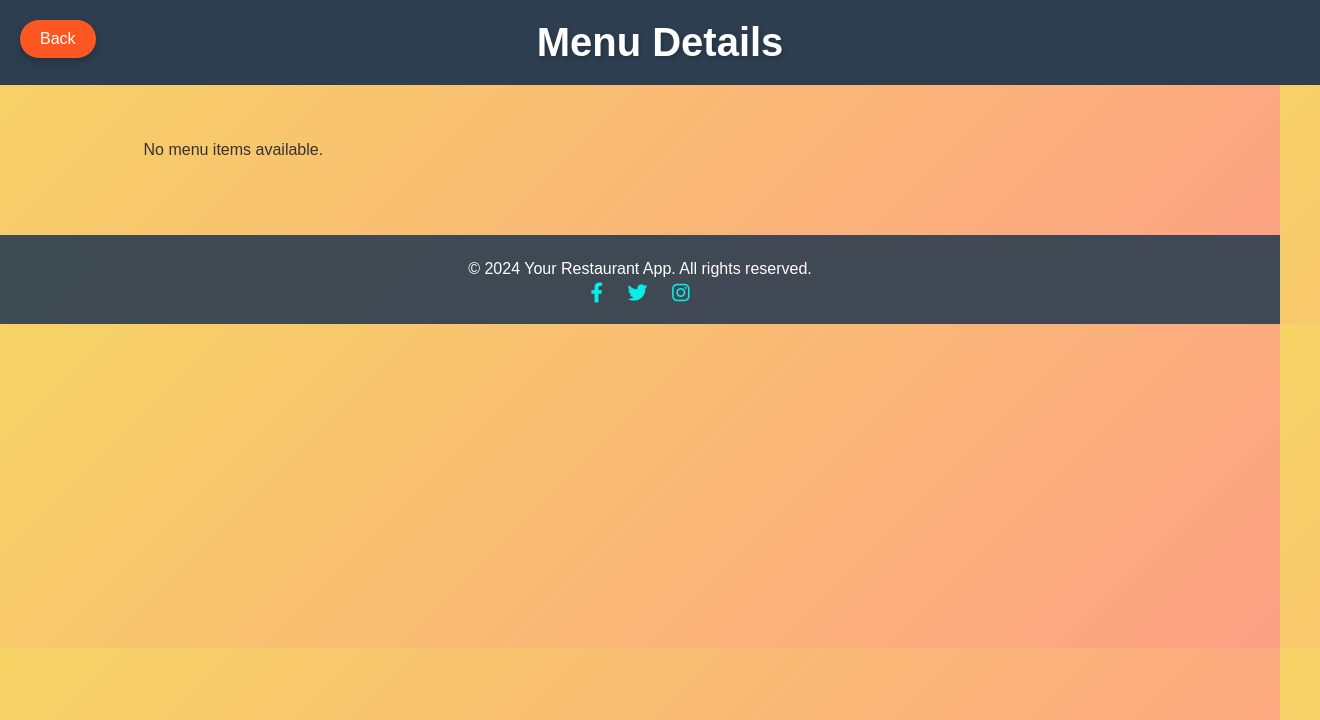
Repository: Masood395/Food-App
Page: http://localhost/FoodApp/getMenu.jsp
These files come from the project's save history. The page is drawn as it stood at one moment and after the next save; the edit follows.
The browser window is 1280 px wide. The page is 1320 px wide, then 1280 px, then 1320 px, so the pictures cover 1320 px, including what lies to the right of the window. The pictures show the whole page.
The page is served by Tomcat 9.

Above is the page before, as saved 2024-11-12 19:28:21.

After the next save:
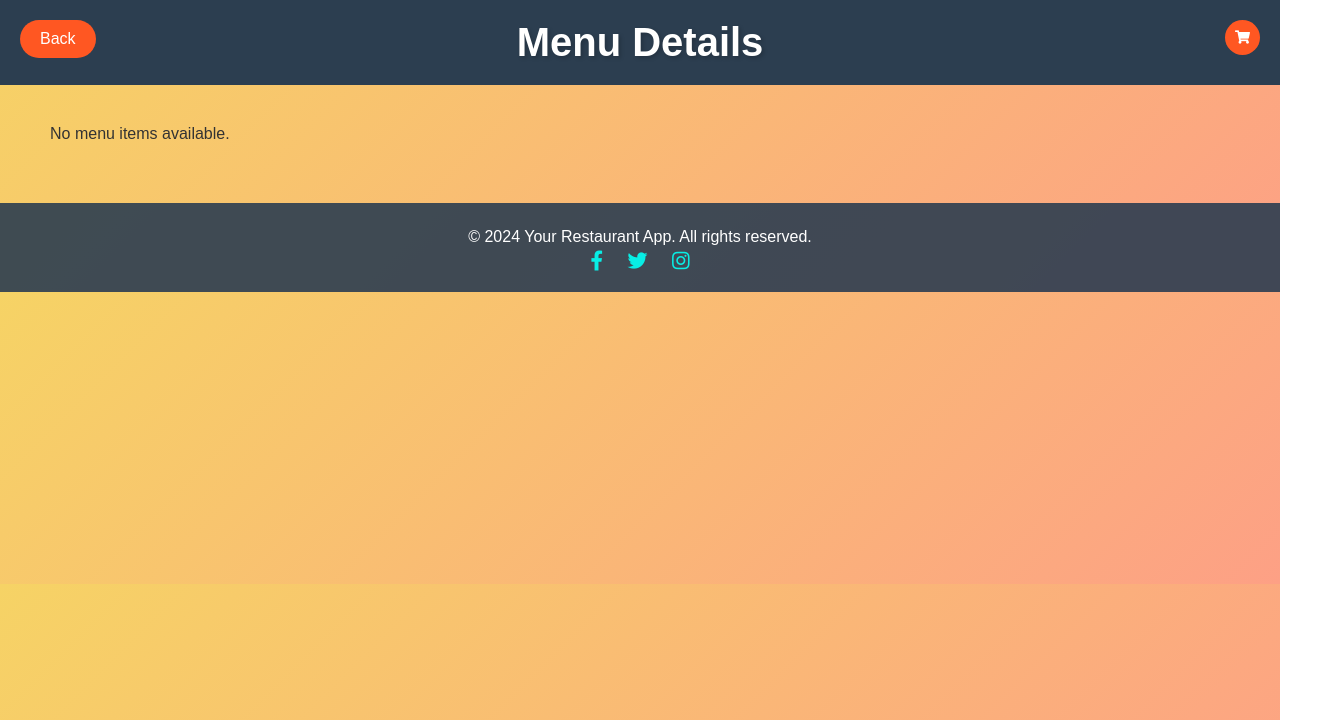
Saved 25 s later.
--- a/FoodApp/src/main/webapp/getMenu.jsp
+++ b/FoodApp/src/main/webapp/getMenu.jsp
@@ -11,13 +11,19 @@
     <link rel="stylesheet" href="https://cdnjs.cloudflare.com/ajax/libs/font-awesome/5.15.4/css/all.min.css">
     <style>
         /* General Styling */
+        * {
+            margin: 0;
+            padding: 0;
+            box-sizing: border-box;
+        }
+
         body {
             font-family: 'Arial', sans-serif;
             background: linear-gradient(135deg, #f6d365 0%, #fda085 100%);
             margin: 0;
             padding: 0;
-            box-sizing: border-box;
             color: #333;
+            overflow-x: hidden;
         }
 
         /* Header Styling */
@@ -50,10 +56,28 @@
             border-radius: 50px;
             cursor: pointer;
             transition: background 0.3s ease;
-            box-shadow: 0 4px 8px rgba(0, 0, 0, 0.2);
         }
 
         .back-button:hover {
+            background: #E64A19;
+        }
+
+        /* Cart Icon Styling */
+        .cart-icon {
+            position: absolute;
+            top: 20px;
+            right: 20px;
+            background: #FF5722;
+            color: white;
+            border: none;
+            border-radius: 50%;
+            padding: 10px;
+            cursor: pointer;
+            transition: transform 0.3s ease, background 0.3s ease;
+        }
+
+        .cart-icon:hover {
+            transform: scale(1.1);
             background: #E64A19;
         }
 
@@ -62,8 +86,9 @@
             display: grid;
             grid-template-columns: repeat(auto-fill, minmax(300px, 1fr));
             gap: 20px;
-            padding: 40px;
-            justify-items: center;
+            padding: 40px 10px; /* Padding adjusted for mobile */
+            max-width: 1200px;
+            margin: 0 auto;
         }
 
         /* Card Styling */
@@ -189,7 +214,7 @@
                 font-size: 2em;
             }
             .container {
-                padding: 20px;
+                padding: 20px 10px;
             }
         }
 
@@ -201,6 +226,10 @@
                 padding: 6px 12px;
                 font-size: 0.9em;
             }
+            .cart-icon {
+                padding: 8px;
+                font-size: 0.9em;
+            }
         }
     </style>
 </head>
@@ -209,6 +238,9 @@
 <header>
     <h1>Menu Details</h1>
     <button class="back-button" onclick="window.history.back();">Back</button>
+    <button class="cart-icon" onclick="window.location.href='cart.jsp';">
+        <i class="fas fa-shopping-cart"></i>
+    </button>
 </header>
 
 <div class="container">
@@ -236,10 +268,6 @@
                         </select>
                         <input type="hidden" name="id" value="<%= mnu.getMenuId() %>">
                         <input type="hidden" name="img" value="<%= mnu.getImage() %>">
-
-<%--                         <input type="hidden" name="name" value="<%= mnu.getMenuName() %>">
-                        <input type="hidden" name="price" value="<%= mnu.getPrice() %>"> --%>
-                        <!-- <input type="hidden" name="action" value="add"> -->
                         <button type="submit" class="add-to-cart">Add to Cart</button>
                     </form>
                 </div>

After the save that followed:
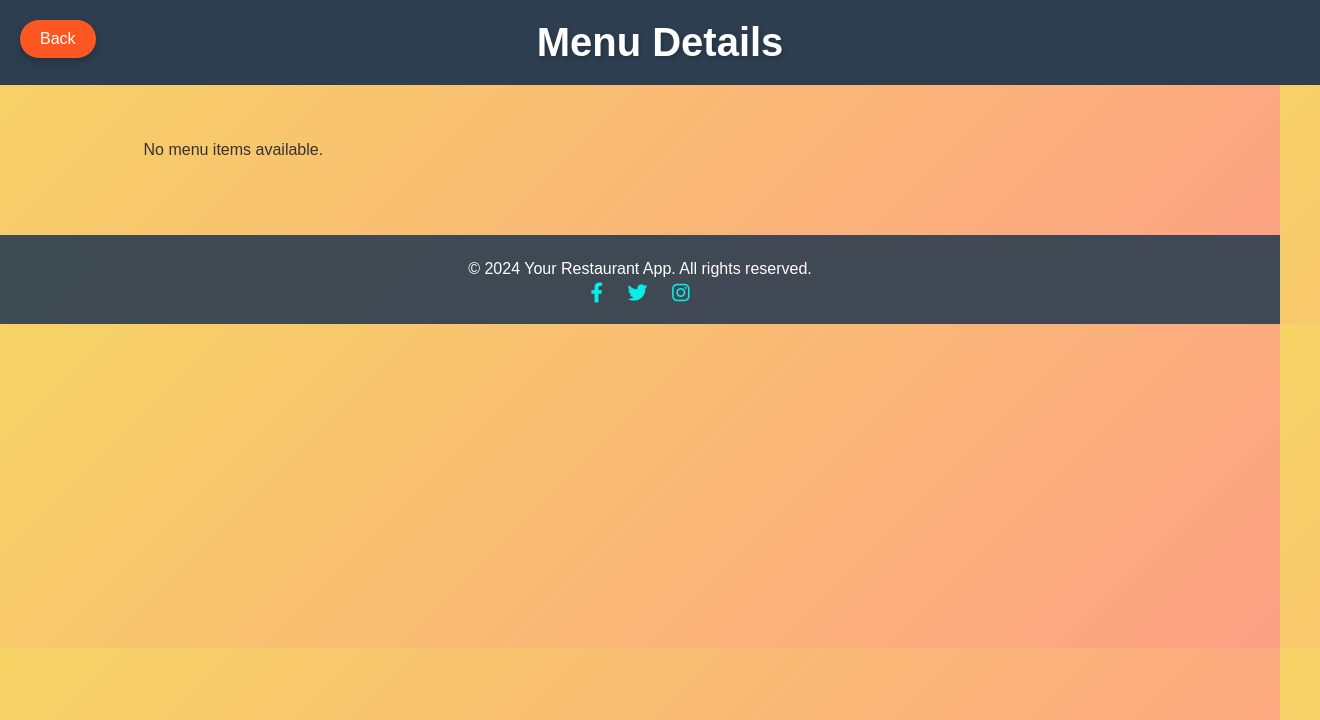
Saved 31 s later.
--- a/FoodApp/src/main/webapp/getMenu.jsp
+++ b/FoodApp/src/main/webapp/getMenu.jsp
@@ -11,19 +11,13 @@
     <link rel="stylesheet" href="https://cdnjs.cloudflare.com/ajax/libs/font-awesome/5.15.4/css/all.min.css">
     <style>
         /* General Styling */
-        * {
-            margin: 0;
-            padding: 0;
-            box-sizing: border-box;
-        }
-
         body {
             font-family: 'Arial', sans-serif;
             background: linear-gradient(135deg, #f6d365 0%, #fda085 100%);
             margin: 0;
             padding: 0;
+            box-sizing: border-box;
             color: #333;
-            overflow-x: hidden;
         }
 
         /* Header Styling */
@@ -56,28 +50,10 @@
             border-radius: 50px;
             cursor: pointer;
             transition: background 0.3s ease;
+            box-shadow: 0 4px 8px rgba(0, 0, 0, 0.2);
         }
 
         .back-button:hover {
-            background: #E64A19;
-        }
-
-        /* Cart Icon Styling */
-        .cart-icon {
-            position: absolute;
-            top: 20px;
-            right: 20px;
-            background: #FF5722;
-            color: white;
-            border: none;
-            border-radius: 50%;
-            padding: 10px;
-            cursor: pointer;
-            transition: transform 0.3s ease, background 0.3s ease;
-        }
-
-        .cart-icon:hover {
-            transform: scale(1.1);
             background: #E64A19;
         }
 
@@ -86,9 +62,8 @@
             display: grid;
             grid-template-columns: repeat(auto-fill, minmax(300px, 1fr));
             gap: 20px;
-            padding: 40px 10px; /* Padding adjusted for mobile */
-            max-width: 1200px;
-            margin: 0 auto;
+            padding: 40px;
+            justify-items: center;
         }
 
         /* Card Styling */
@@ -214,7 +189,7 @@
                 font-size: 2em;
             }
             .container {
-                padding: 20px 10px;
+                padding: 20px;
             }
         }
 
@@ -226,10 +201,6 @@
                 padding: 6px 12px;
                 font-size: 0.9em;
             }
-            .cart-icon {
-                padding: 8px;
-                font-size: 0.9em;
-            }
         }
     </style>
 </head>
@@ -238,9 +209,6 @@
 <header>
     <h1>Menu Details</h1>
     <button class="back-button" onclick="window.history.back();">Back</button>
-    <button class="cart-icon" onclick="window.location.href='cart.jsp';">
-        <i class="fas fa-shopping-cart"></i>
-    </button>
 </header>
 
 <div class="container">
@@ -268,6 +236,10 @@
                         </select>
                         <input type="hidden" name="id" value="<%= mnu.getMenuId() %>">
                         <input type="hidden" name="img" value="<%= mnu.getImage() %>">
+
+<%--                         <input type="hidden" name="name" value="<%= mnu.getMenuName() %>">
+                        <input type="hidden" name="price" value="<%= mnu.getPrice() %>"> --%>
+                        <!-- <input type="hidden" name="action" value="add"> -->
                         <button type="submit" class="add-to-cart">Add to Cart</button>
                     </form>
                 </div>
